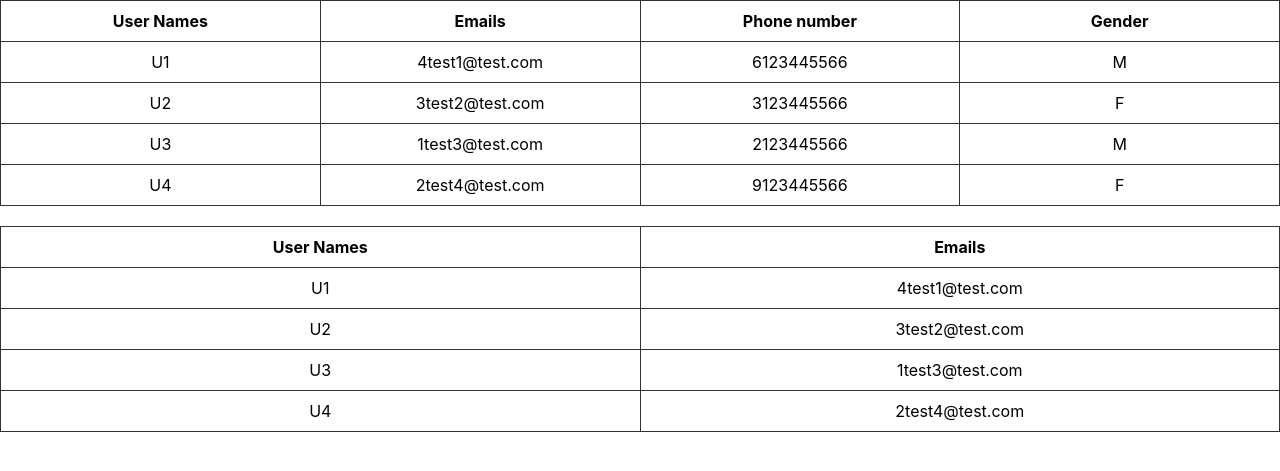
Repository: mayank-tavisca/dynamic-grids
Page: /
An editor plug-in stored every save of this project. The page is shown before and after the next save, followed by the edit.
The browser window is 1280 px wide. The pictures show the whole page.
The project was rebuilt for these pictures with package versions that can differ from the ones it lists, and the page was loaded fresh each time.

Above is the page before, as saved 2020-02-04 12:17:54.

After the next save:
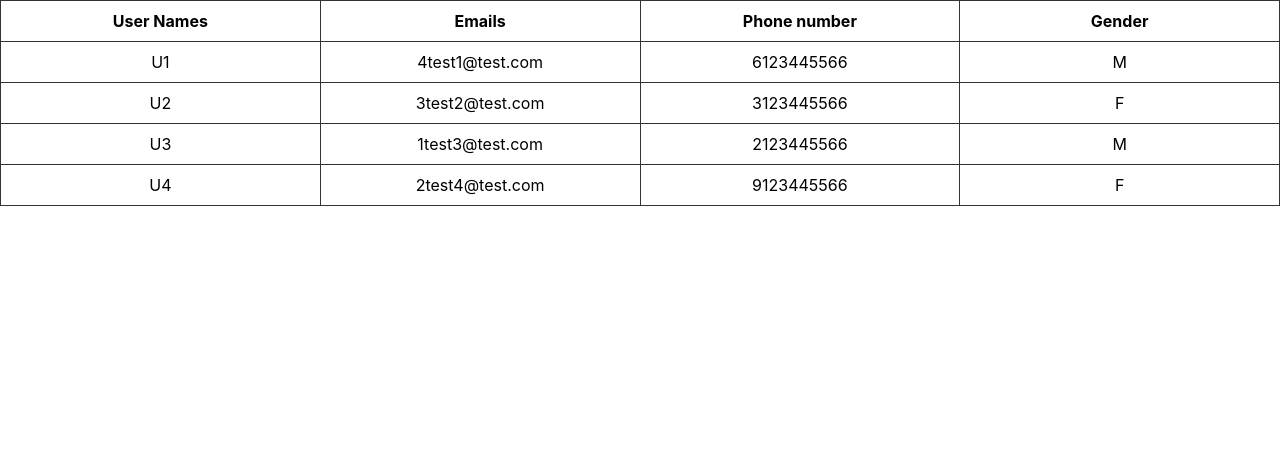
Saved 33 s later.
--- a/src/App.tsx
+++ b/src/App.tsx
@@ -41,40 +41,10 @@ const Data1 = {
   sorting: {}
 };
 
-const Data2 = {
-  headers: [
-    { label: "User Names", value: "username" },
-    { label: "Emails", value: "email" }
-  ],
-  tableData: [
-    {
-      username: "U1",
-      email: "4test1@test.com"
-    },
-    {
-      username: "U2",
-      email: "3test2@test.com"
-    },
-    {
-      username: "U3",
-      email: "1test3@test.com"
-    },
-    {
-      username: "U4",
-      email: "2test4@test.com"
-    }
-  ],
-  styles: {},
-  pagination: {},
-  sorting: {}
-};
-
 const App = () => {
   return (
     <div className="App">
       <DynamicGrid data={Data1} />
-      <br />
-      <DynamicGrid data={Data2} />
     </div>
   );
 };
